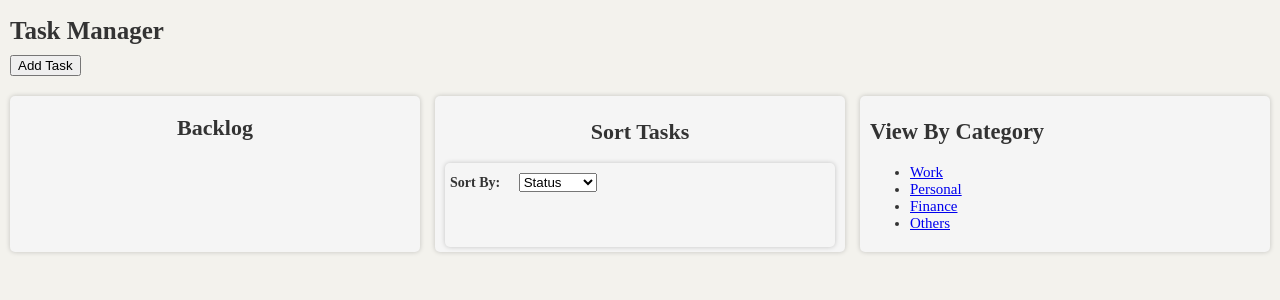
Repository: n-shen/task-tracker
Page: / (app in frontend/)
An editor plug-in stored every save of this project. The page is shown before and after the next save, followed by the edit.
The browser window is 1280 px wide. The pictures show the whole page.
The project was rebuilt for these pictures with package versions that can differ from the ones it lists, and the page was loaded fresh each time. Also part of the build but not shown: frontend/src/components/taskManager/addTask.jsx, frontend/src/components/tasks/task.jsx, frontend/src/components/taskManager/categoryTasks.jsx. Imported but missing from the stored project, and not drawn on this page: frontend/src/reportWebVitals.

Above is the page before, as saved 2023-04-20 14:16:22.

### frontend/public/index.html
<!DOCTYPE html>
<html lang="en">
  <head>
    <meta charset="utf-8" />
    <link rel="icon" href="%PUBLIC_URL%/favicon.ico" />
    <meta name="viewport" content="width=device-width, initial-scale=1" />
    <meta name="theme-color" content="#000000" />
    <meta
      name="description"
      content="Web site created using create-react-app"
    />
    <link rel="apple-touch-icon" href="%PUBLIC_URL%/logo192.png" />
    <!--
      manifest.json provides metadata used when your web app is installed on a
      user's mobile device or desktop. See https://developers.google.com/web/fundamentals/web-app-manifest/
    -->
    <link rel="manifest" href="%PUBLIC_URL%/manifest.json" />
    <!--
      Notice the use of %PUBLIC_URL% in the tags above.
      It will be replaced with the URL of the `public` folder during the build.
      Only files inside the `public` folder can be referenced from the HTML.

      Unlike "/favicon.ico" or "favicon.ico", "%PUBLIC_URL%/favicon.ico" will
      work correctly both with client-side routing and a non-root public URL.
      Learn how to configure a non-root public URL by running `npm run build`.
    -->
    <title>Task Tracker App</title>
  </head>
  <body>
    <noscript>You need to enable JavaScript to run this app.</noscript>
    <div id="root"></div>
    <!--
      This HTML file is a template.
      If you open it directly in the browser, you will see an empty page.

      You can add webfonts, meta tags, or analytics to this file.
      The build step will place the bundled scripts into the <body> tag.

      To begin the development, run `npm start` or `yarn start`.
      To create a production bundle, use `npm run build` or `yarn build`.
    -->
  </body>
</html>

### frontend/src/index.js
import React from "react";
import ReactDOM from "react-dom/client";
import "./styles/index.css";
import App from "./App";
import reportWebVitals from "./reportWebVitals";
import { BrowserRouter } from "react-router-dom";

const root = ReactDOM.createRoot(document.getElementById("root"));
root.render(
  <React.StrictMode>
    <BrowserRouter>
      <App />
    </BrowserRouter>
  </React.StrictMode>
);

// If you want to start measuring performance in your app, pass a function
// to log results (for example: reportWebVitals(console.log))
// or send to an analytics endpoint. Learn more: https://bit.ly/CRA-vitals
reportWebVitals();

### frontend/src/styles/index.css
body {
  margin: 0;
  font-family: -apple-system, BlinkMacSystemFont, 'Segoe UI', 'Roboto', 'Oxygen',
    'Ubuntu', 'Cantarell', 'Fira Sans', 'Droid Sans', 'Helvetica Neue',
    sans-serif;
  -webkit-font-smoothing: antialiased;
  -moz-osx-font-smoothing: grayscale;
  background-color: #f2f5f5;
}

code {
  font-family: source-code-pro, Menlo, Monaco, Consolas, 'Courier New',
    monospace;
}

html {
  font-size: 62.5%;
}

### frontend/src/App.js
import React from "react";
import TaskManager from "./components/taskManager/manager";


function App() {
  return (
    <div className="App">
      <TaskManager />
    </div>
  );
}

export default App;

### frontend/src/components/taskManager/manager.jsx
import React, { useState, useEffect } from "react";
import AddTaskForm from "./addTask";
import TaskList from "../tasks/taskLists";
import SortTasks from "./sortTasks";
import ViewByCategory from "./viewByCategory";
import CategoryTask from "./categoryTasks";
import { Routes, Route } from "react-router-dom";
import "../../styles/manager.css";

const TaskManager = () => {
  const [tasks, setTasks] = useState(
    JSON.parse(localStorage.getItem("tasks")) || []
  );
  const [showAddTask, setShowAddTask] = useState(false);

  useEffect(() => {
    localStorage.setItem("tasks", JSON.stringify(tasks));
  }, [tasks]);

  const handleAddTask = (task) => {
    setTasks([...tasks, task]);
    setShowAddTask(false);
  };

  const handleShowAddTask = () => {
    setShowAddTask(true);
  };

  const handleHideAddTask = () => {
    setShowAddTask(false);
  };

  const handleDeleteTask = (index) => {
    const newTasks = [...tasks];
    newTasks.splice(index, 1);
    setTasks(newTasks);
  };

  const handleEditTask = (index, newTask) => {
    const newTasks = [...tasks];
    newTasks[index] = newTask;
    setTasks(newTasks);
  };

  return (
    <div className="taskManager">
      <div className="taskManager--wrapper">
        <h1 className="taskManager--title">Task Manager</h1>
          <div className="taskManager--addTask">
            <div className="taskManager--addTask__btn">
              <button onClick={handleShowAddTask} className="addTask-btn">
                Add Task
              </button>
            </div>
            <div className="taskManager--addTask__container">
              {showAddTask && (
                <AddTaskForm
                  onAdd={handleAddTask}
                  onHideAddTask={handleHideAddTask}
                />
              )}
            </div>
          </div>
          <div className="taskManager--grid">
          <div className="taskManager--taskList">
            <TaskList
              tasks={tasks}
              onDelete={handleDeleteTask}
              onEdit={handleEditTask}
            />
          </div>
          <div className="taskManager--sort">
            <SortTasks tasks={tasks} />
          </div>
          <div className="taskManager--view">
            <Routes>
              <Route path="/" element={<ViewByCategory tasks={tasks} />} />
              <Route
                path="/category/:category"
                element={<CategoryTask tasks={tasks} />}
              />
            </Routes>
          </div>
        </div>
      </div>
    </div>
  );
};

export default TaskManager;

### frontend/src/components/tasks/taskLists.jsx

import React from "react";
import Task from "./task";
import "../../styles/taskList.css";

const TaskList = ({ tasks, onDelete, onEdit }) => {
  return (
    <div className="taskList">
      <h1 className="taskList--head">Backlog</h1>
      {tasks.map((task, index) => (
        <Task
          key={index}
          index={index}
          task={task}
          onDelete={onDelete}
          onEdit={onEdit}
        />
      ))}
    </div>
  );
};

export default TaskList;

### frontend/src/components/taskManager/sortTasks.jsx
import { React, useState } from "react";
import "../../styles/sortTasks.css";

const SortTask = ({ tasks }) => {
  const [sortBy, setSortBy] = useState("status");

  const sortedTasks =
    tasks?.slice().sort((a, b) => {
      switch (sortBy) {
        case "title":
          return a.title.localeCompare(b.title);
        case "status":
          return a.status.localeCompare(b.status);
        case "dateAdded":
          return new Date(a.dateAdded) - new Date(b.dateAdded);
        case "dueDate":
          return new Date(a.dueDate) - new Date(b.dueDate);
        case "category":
          return a.category.localeCompare(b.category);
        default:
          return 0;
      }
    }) || [];

  const handleSortBy = (e) => {
    setSortBy(e.target.value);
  };

  return (
    <div className="sort">
      <h2 className="sort--head">Sort Tasks</h2>
      <div className="sort--wrapper">
        <div className="sort--select">
          <label htmlFor="sort" className="sort--label">
            Sort By:{" "}
          </label>
          <select name="sort" value={sortBy} onChange={handleSortBy}>
            <option value="title" className="sort--option">
              Title
            </option>
            <option value="status" className="sort--option">
              Status
            </option>
            <option value="dateAdded" className="sort--option">
              Date Added
            </option>
            <option value="dueDate" className="sort--option">
              Due Date
            </option>
          </select>
        </div>
        <div>
          <ul className="sort--lists">
            {sortedTasks.map((task, index) => (
              <li key={index} className="sort--list">
                <p className="sort--list__item">{task.title}</p>
                <p className="sort--list__item">{task.description}</p>
                <p className="sort--list__item">Status: {task.status}</p>
                <p className="sort--list__item">Date Added: {task.dateAdded}</p>
                <p className="sort--list__item">Due Date: {task.dueDate}</p>
                <p className="sort--list__item">Category: {task.category}</p>
              </li>
            ))}
          </ul>
        </div>
      </div>
    </div>
  );
};

export default SortTask;

### frontend/src/components/taskManager/viewByCategory.jsx
import React from "react";
import { Link, useParams } from "react-router-dom";

const ViewByCategory = ({ tasks }) => {
  const categories = ["Work", "Personal", "Finance", "Others"];
  const { category } = useParams();

  const tasksByCategory = (category) => {
    return tasks.filter((task) => task.category === category);
  };

  return (
    <div>
      <h2>View By Category</h2>
      <ul>
        {categories.map((categoryName) => (
          <li key={categoryName}>
            <Link to={`/category/${categoryName}`}>
              {categoryName}
            </Link>
          </li>
        ))}
      </ul>
      {category && (
        <div>
          <h3>{category}</h3>
          <ul>
            {tasksByCategory(category).map((task, index) => (
              <li key={index}>
                <div>Title: {task.title}</div>
                <div>Description: {task.description}</div>
                <div>Status: {task.status}</div>
                <div>Due Date: {task.dueDate}</div>
                <div>Category: {task.category}</div>
              </li>
            ))}
          </ul>
        </div>
      )}
    </div>
  );
};

export default ViewByCategory;

### frontend/src/styles/manager.css
.taskManager {
    background-color: #f3f2ed;
    width: 100%;
    min-height: 100vh;
    display: flex;
    flex-direction: column;
    font-family: 'Fira Sans';
    font-size: 1.5rem;
    font-weight: 400;
    color: #333;
}

.taskManager--wrapper {
    padding: 0 1rem;
}

.taskManager--title {
    font-size: 2.5rem;
    font-weight: 700;
    margin-bottom: 1rem;
}

.taskManager--grid {
    display: grid;
    grid-template-columns: repeat(3, minmax(min-content, 1fr));
    grid-gap: 1.5rem;
    width: 100%;
    padding: 2rem 0;
}

.taskManager--grid > div {
    background-color: 	#F5F5F5;
    border-radius: 0.5rem;
    padding: .5rem 1rem;
    box-shadow: 0 0 0.5rem rgba(0, 0, 0, 0.2);
}

### frontend/src/styles/taskList.css
.taskList {
  display: flex;
  flex-direction: column;
  align-items: flex-start;
  width: 100%;
  height: 100%;
}

.taskList--head {
  align-self: center;
  font-size: 2.2rem;
  font-weight: 700;
}

.task {
  display: flex;
  flex-direction: column;
  align-items: flex-start;
  width: 100%;
  height: 100%;
  margin-bottom: 1rem;
}

.task--wrapper {
  display: flex;
  flex-direction: column;
  align-items: center;
  width: 100%;
  height: 100%;
  border-radius: 0.5rem;
  box-shadow: 0 0 0.5rem rgba(0, 0, 0, 0.2);
}

.task--item {
  display: flex;
  justify-content: center;
  align-items: center;
  width: 70%;
  height: 100%;
  border-bottom: 1px solid #00bfff;
  padding-bottom: 1rem;
  font-size: 1.3rem;
}

strong {
  font-weight: 700;
  margin-right: .5rem;
}

.task--item:last-child {
  border-bottom: none;
}

.task--btns {
  display: flex;
  justify-content: center;
  align-items: center;
  gap: 2rem;
  width: 100%;
  height: 100%;
  padding: 1rem;
}

.task--btn {
  border-radius: 1rem;
  background-color: #00bfff;
  color: #F5F5F5;
  font-size: 1.2rem;
  cursor: pointer;
  padding: 0.5rem 1rem;
  border: none;
  outline: none;
}

.task--btn:hover {
  color: #00bfff;
  background-color: #f3f2ed;
}

### frontend/src/styles/sortTasks.css
.sort {
  display: flex;
  flex-direction: column;
  align-items: flex-start;
  width: 100%;
  height: 100%;
}

.sort--head {
  align-self: center;
  font-size: 2.2rem;
  font-weight: 700;
}

.sort--wrapper {
  display: flex;
  flex-direction: column;
  align-items: center;
  width: 100%;
  height: 100%;
  border-radius: 0.5rem;
  box-shadow: 0 0 0.5rem rgba(0, 0, 0, 0.2);
}

.sort--select {
  width: 100%;
  padding: 1rem;
  margin-left: 1rem;
}

.sort--label {
  font-size: 1.4rem;
  font-weight: 700;
  margin-right: 0.5rem;
}

select {
  width: 20%;
  margin-left: 1rem;
}

After the next save:
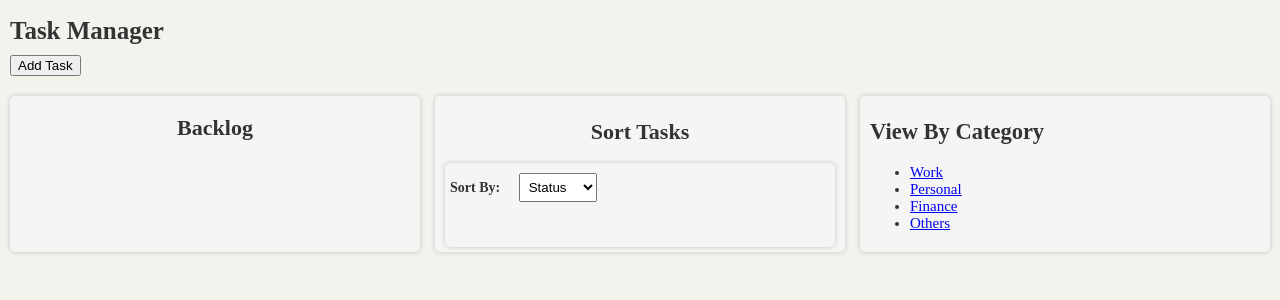
Saved 6 s later.
--- a/frontend/src/styles/sortTasks.css
+++ b/frontend/src/styles/sortTasks.css
@@ -36,5 +36,6 @@
 
 select {
   width: 20%;
+  padding: .5rem;
   margin-left: 1rem;
 }
